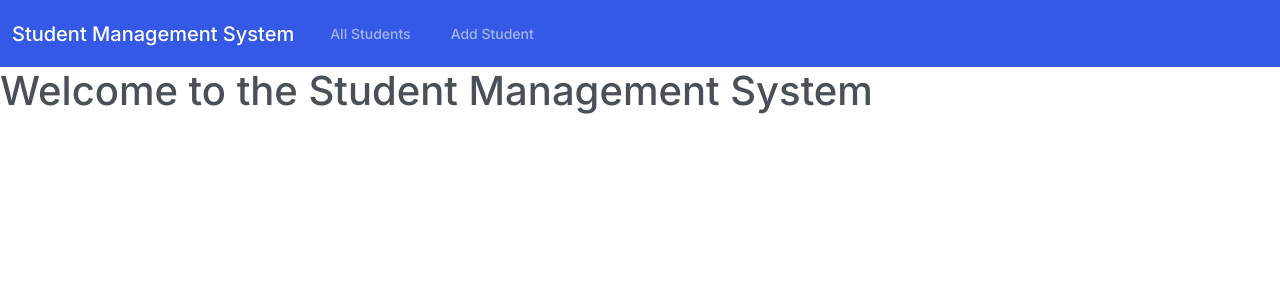
Repository: saraanbih/Student-Management-System
Page: http://localhost/
An editor plug-in stored every save of this project. The page is shown before and after a run of saves, followed by the edit.
The browser window is 1280 px wide. The pictures show the whole page.
The page is served by the project's application, run on Django 5.2 (manage.py).

Above is the page before, as saved 2025-09-11 15:28:58.

After the next 4 saves:
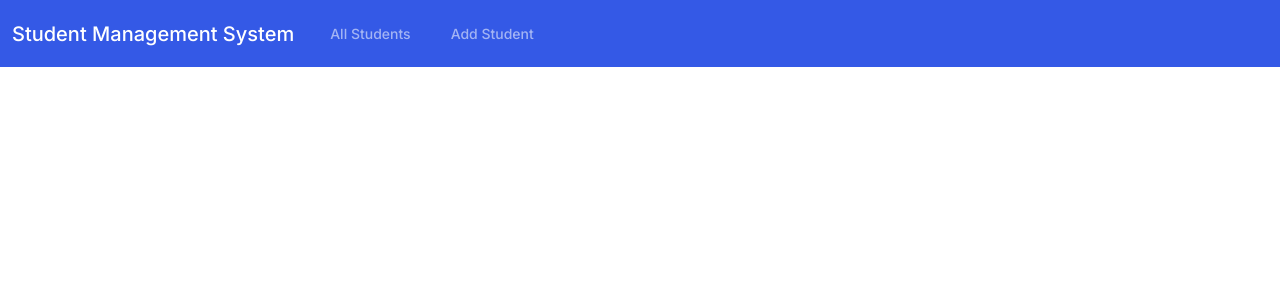
The 4 saves are shown as one change because they came seconds apart.
The last was saved 48 s later.
--- a/students/templates/students/index.html
+++ b/students/templates/students/index.html
@@ -35,8 +35,9 @@
       </div>
     </nav>
 
-    <h1>Welcome to the Student Management System</h1>
+    <div>
 
+    </div>
     <script
       src="https://cdn.jsdelivr.net/npm/bootstrap@5.3.8/dist/js/bootstrap.bundle.min.js"
       integrity="sha384-FKyoEForCGlyvwx9Hj09JcYn3nv7wiPVlz7YYwJrWVcXK/BmnVDxM+D2scQbITxI"
